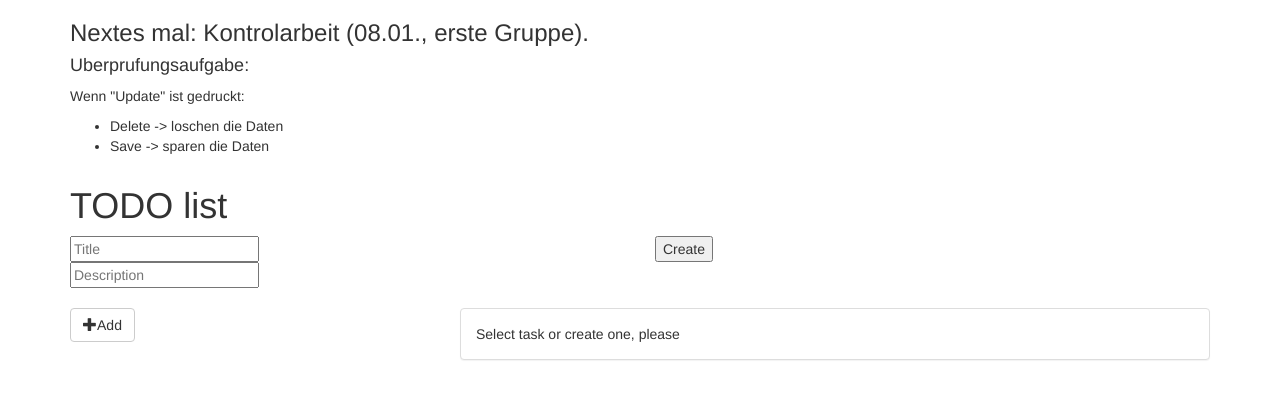
Repository: 3phase/my-ip-2015-2016
Page: 04_SampleAjax/WebContent/index.html
The author's editor kept a copy of each file at every save. The page is drawn from the files as they stood at one save, then again after the next save.
The browser window is 1280 px wide. The pictures show the whole page.
The page's requests for data from a server got no answer.

Above is the page before, as saved 2015-12-18 16:40:07.

### 04_SampleAjax/WebContent/index.html
<!DOCTYPE html>
<html>
	<head>
		<meta charset="utf-8">
		<title>Todo</title>

		<link rel="stylesheet" href="libs/bootstrap-3.3.6-dist/css/bootstrap.css" />
	</head>
	<body>
	<div class="container">
		<h3>Nextes mal: Kontrolarbeit (08.01., erste Gruppe). </h3>
		<h4>Uberprufungsaufgabe: </h4>
		<p>Wenn "Update" ist gedruckt:</p>
		<ul>
			<li>Delete -> loschen die Daten</li>
			<li>Save -> sparen die Daten</li>
		</ul>
	</div>
		<div class="container">
			<h1>TODO list</h1>
			<div class="row">
				<div class="col-sm-6">
					<input type="text" class="title" placeholder="Title"><br>
					<input type="text" class="description" placeholder="Description">
				</div>
				<div class="col-sm-6">
					<input type="submit" class="submit" value="Create">
				</div>
			</div>
			<div class="clear"></div>
			<br>
			<div class="row">
				<div class="col-sm-3">
					<div class="form-group">
						<button type="button" class="btn btn-default" id="addTaskButton"><span class="glyphicon glyphicon-plus"></span>Add</button>
					</div>
					<ul class="list-group" id="tasksList">
						<!--
						<li class="list-group-item">task1</li>
						<li class="list-group-item">task2</li>
						<li class="list-group-item">task3</li>
						-->
					</ul>
				</div>
				<div class="col-sm-offset-1 col-sm-8">
					<div class="panel panel-default" id="emptyPanel">
						<div class="panel-body">
							Select task or create one, please
						</div>
					</div>

					<div class="panel panel-default" id="readPanel" style="display: none;">
						<div class="panel-heading task-title"></div>
						<div class="panel-body">
							<form class="form-horizontal">
								<div class="form-group">
									<label class="col-sm-2">Title</label>
									<div class="col-sm-10 task-title"></div>
								</div>
								<div class="form-group">
									<label class="col-sm-2">Description</label>
									<pre class="col-sm-10 task-description"></pre>
								</div>
								<div class="form-group">
									<div class="col-sm-offset-2 col-sm-5">
										<button type="button" class="btn btn-primary task-action-ok">Edit</button>
										<button type="button" class="btn btn-default task-action-cancel">Cancel</button>
									</div>
									<div class="col-sm-offset-3 col-sm-2">
										<button type="button" class="btn btn-danger task-action-remove">Delete</button>
									</div>
								</div>
							</form>
						</div>
					</div>

					<div class="panel panel-default" id="updatePanel" style="display: none;">
						<div class="panel-heading task-title">Edit task</div>
						<div class="panel-body">
							<form class="form-horizontal">
								<div class="form-group">
									<label class="col-sm-2">Title</label>
									<div class="col-sm-10">
										<input type="text" name="title" class="form-control"/>
									</div>
								</div>
								<div class="form-group">
									<label class="col-sm-2">Description</label>
									<div class="col-sm-10">
										<textarea name="description" rows="8" cols="40" class="form-control"></textarea>
									</div>
								</div>
								<div class="form-group">
									<div class="col-sm-offset-2 col-sm-10">
										<button type="button" class="btn btn-primary task-action-ok">Save</button>
										<button type="button" class="btn btn-default task-action-cancel">Cancel</button>
									</div>
								</div>
							</form>
						</div>
					</div>
					<div class="panel panel-default" id="createPanel" style="display: none;">
						<div class="panel-heading">Create Task</div>
						<div class="panel-body">
							<form class="form-horizontal">
								<div class="form-group">
									<label class="col-sm-2">Title</label>
									<div class="col-sm-10">
										<input type="text" name="title" class="form-control "/>
									</div>
								</div>
								<div class="form-group">
									<label class="col-sm-2">Description</label>
									<div class="col-sm-10">
										<textarea name="description" rows="8" cols="40" class="form-control"></textarea>
									</div>
								</div>
								<div class="form-group">
									<div class="col-sm-offset-2 col-sm-10">
										<button type="button" class="btn btn-primary task-action-ok">OK</button>
										<button type="button" class="btn btn-default task-action-cancel">Cancel</button>
									</div>
								</div>
							</form>
						</div>
					</div>

				</div>
			</div>
		</div>

		<script type="text/javascript" src="libs/jquery-2.1.4.js"></script>
		<script type="text/javascript" src="libs/lodash-3.10.1.js"></script>
		<script type="text/javascript" src="scripts/todoList.js"></script>
	</body>
</html>

### 04_SampleAjax/WebContent/scripts/todoList.js
$(document).ready(function() {
	"use strict";

	// class hand-written
	function written() {
		$(".submit").on("click", function() {
			var ENDPOINT = "http://localhost:3000/tasks";
			var title = $(".title").val();
			var descr = $(".description").val();

			var task = {
				title: title,
				description: descr
			};

			$.ajax(ENDPOINT, {
				method: "POST",
				contentType: "application/json; charset=utf-8",
				data: JSON.stringify(task),
				dataType: "json"
			}).then(function(response){
				console.log(response);
				return response
			});
		});
	}
	// end

	var ENDPOINT = "http://localhost:3000/tasks";


	function showTaskView(task) {
		$("#readPanel .task-title").text(task.title);
		$("#readPanel .task-description").text(task.description);
		showPanel("readPanel")
	}

	function getSingleTask(id) {
		return $.ajax(ENDPOINT + "/" + id, {
			method: "GET",
			dataType: "json"
		});
	}

	function getAllTasks() {
		return $.ajax(ENDPOINT, {
			method: "GET",
			dataType: "json"
		})
	}

	function showPanel(panelName) {
		var ALL_PANELS = ["emptyPanel", "readPanel", "updatePanel", "createPanel"];
		_.forEach(ALL_PANELS, function(nextValue) {
				$("#" + nextValue).hide();
		});
		$("#" + panelName).show();
	}

	function reloadTasks() {
		getAllTasks().then(function(response) {
			function addTaskToList(task) {
				var newItem = $("<li />");
				newItem.text(task.title);
				newItem.addClass("list-group-item");
				newItem.attr("data-task-id", task.id);
				$("#tasksList").append(newItem);
			}

			$("#tasksList").html("");
			_.forEach(response, addTaskToList);

		});
	}

	function attachHandlers() {
		$(document).on("click", "#tasksList [data-task-id]", function() {
			var taskId = $(this).attr("data-task-id");

			getSingleTask(taskId).then(showTaskView);	// showTaskView -> receiving one arg from then

		});
		$(".task-action-cancel").click(function() {
			showPanel("emptyPanel");
		});
	}

	attachHandlers();
	reloadTasks();

});

Loaded but not shown: 04_SampleAjax/WebContent/libs/bootstrap-3.3.6-dist/css/bootstrap.css (library); 04_SampleAjax/WebContent/libs/jquery-2.1.4.js (library); 04_SampleAjax/WebContent/libs/lodash-3.10.1.js (library)

After the next save:
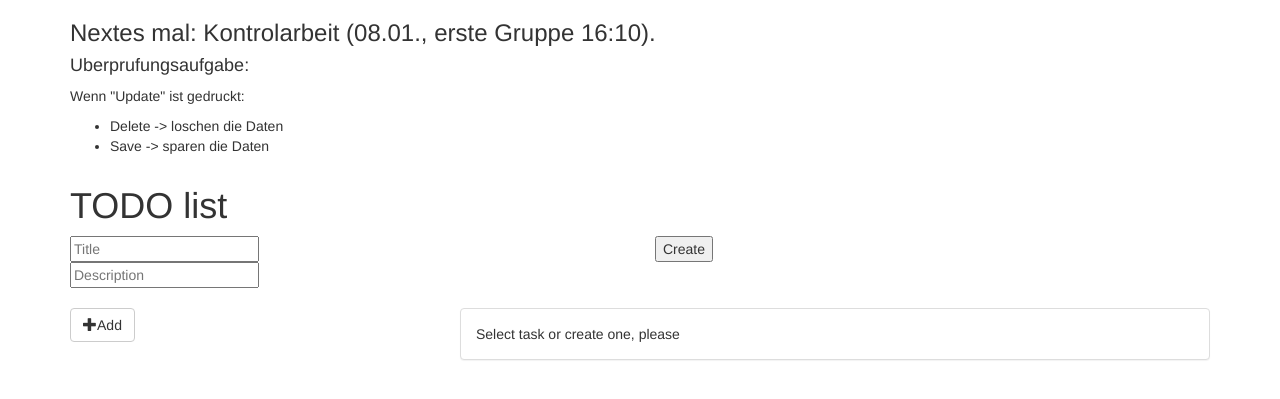
Saved 11 s later.
--- a/04_SampleAjax/WebContent/index.html
+++ b/04_SampleAjax/WebContent/index.html
@@ -8,7 +8,7 @@
 	</head>
 	<body>
 	<div class="container">
-		<h3>Nextes mal: Kontrolarbeit (08.01., erste Gruppe). </h3>
+		<h3>Nextes mal: Kontrolarbeit (08.01., erste Gruppe 16:10). </h3>
 		<h4>Uberprufungsaufgabe: </h4>
 		<p>Wenn "Update" ist gedruckt:</p>
 		<ul>
